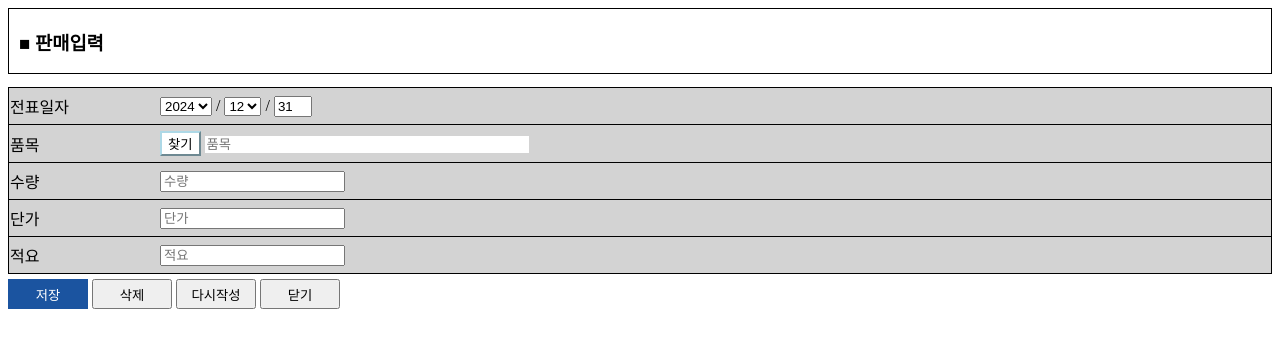
Repository: yoosb0328/js-project
Page: sale-input-popup.html
The author's editor kept a copy of each file at every save. The page is drawn from the files as they stood at one save, then again after the next save.
The browser window is 1280 px wide. The pictures show the whole page.

Above is the page before, as saved 2024-08-05 23:06:36.

### sale-input-popup.html
<!DOCTYPE html>
<html lang="en">
<head>
    <meta charset="UTF-8">
    <meta name="viewport" content="width=device-width, initial-scale=1.0">
    <title>판매 입력</title>
</head>
<link rel="stylesheet" href="./css/input.css">
<body>
    <div class="title">
        <h3 style="margin-left: 10px;"> &#x25A0; 판매입력</h3>
    </div>
    <div class="content">
        <div class="search-tab">
            <table class="search-table">
                <tr>
                   <td>
                        <div class="table-div">
                            <span class="name-tag">전표일자</span>
                            <div class="search-box">
                                <select id="year-select">
                                    <option value="2024">2024</option>
                                    <option value="2023">2023</option>
                                    <option value="2022">2022</option>
                                    <option value="2021">2021</option>
                                </select>
                                /
                                <select id="month-select">
                                    <option value="12">12</option>
                                    <option value="11">11</option>
                                    <option value="10">10</option>
                                    <option value="9">9</option>
                                    <option value="8">8</option>
                                    <option value="7">7</option>
                                    <option value="6">6</option>
                                    <option value="5">5</option>
                                    <option value="4">4</option>
                                    <option value="3">3</option>
                                    <option value="2">2</option>
                                    <option value="1">1</option>
                                </select>
                                /
                                <input class="date-input" type="number" placeholder="일자" value="31" max="31">
                        </div>
                   </td>
                </tr>
                <tr>
                    <td>
                        <div class="table-div">
                            <span class="name-tag">품목</span>
                            <form class="search-box">
                                <button id="open-popup-btn" class="category-btn" type="submit">찾기</button>
                                <input class="category-txt" type="text" readonly placeholder="품목">
                            </form>
                        </div>
                    </td>
                </tr>
                <tr>
                    <td>
                        <div class="table-div">
                            <span class="name-tag">수량</span>
                            <form class="search-box">
                                <input class="quantity" type="number" placeholder="수량">
                            </form>
                        </div>
                    </td>
                </tr>
                <tr>
                    <td>
                        <div class="table-div">
                            <span class="name-tag">단가</span>
                            <form class="search-box">
                                <input class="price" type="number" placeholder="단가">
                            </form>
                        </div>
                    </td>
                </tr>
                <tr>
                    <td>
                        <div class="table-div">
                            <span class="name-tag">적요</span>
                            <div class="search-box">
                                <input class="description" type="text" placeholder="적요">
                            </div>
                        </div>
                    </td>
                </tr>
            </table>
            <div class="button-tab search-content" style="margin-top: 5px; margin-bottom: 5px;">
                <button id="save-btn" data-type="sale" data-mode="" class="color-button">저장</button>
                <button class="non-color-button">삭제</button>
                <button id="rewrite-btn" data-type="sale" class="non-color-button">다시작성</button>
                <button id="close-popup-btn" class="non-color-button">닫기</button>
            </div>
        </div>
    </div>
    <script type="module" src="./js/script/loadData.js"></script>
    <script type="module" src="./js/script/queryParam.js"></script>
    <script type="module" src="./js/component/popup.js"></script>
    <script type="module" src="./js/component/button.js"></script>
    <script type="module" src="./js/script/common.js"></script>
</body>
</html>

### css/input.css
.title {
    border: 1px solid black;
}
.search-tab {
    margin-top: 1%;
    margin-bottom: 1%;
    border-collapse: collapse;

}
.search-table {
    width: 100%;
    background-color: lightgray;
    border-collapse: collapse;
}
.search-table tr {
    background-color: lightgray;
    width: auto;
    border: 1px solid black;
}
.search-table .table-div {
    display: flex;
    align-items: center;
    margin-top: 5px;
    margin-bottom: 5px;
}
.table-div span {
    width: 120px;
}
.table-div .search-box {
    margin-left: 30px;
}
.date-input {
    width: 30px;
}
.button-tab {
    background-color: white;
}
.color-button {
    background-color: rgb(27, 84, 160);
    border: 0px;
    color: white;
    width: 80px;
    height: 30px;

}
.non-color-button {
    width: 80px;
    height: 30px;
}
.category-btn {
    background-color: white;
    border-color: lightblue;
}
.category-txt {
    border: none;
    width: 320px;
}
.memo-txt {
    border: none;
    width: 345px;
}

### js/script/loadData.js
import { CategoryRender } from "../data/Category.js";
import { DataStore } from "../data/DataStore.js";
// 페이지 로드 시 데이터 요청
window.addEventListener("load", requestData);

// 부모 창에 데이터 요청을 보냄
function requestData() {
    // window.opener.postMessage("requestCategories", "*");
    const dataStore = DataStore.getInstance();
    dataStore.loadFromLocalStorage();
    console.log(dataStore.categories);

    const categoryRender = new CategoryRender(dataStore.categories);
    categoryRender.render();
    // window.opener.postMessage({ type: "requestCategories", data: "" }, "*");
}

// // 부모 창에서 보낸 메시지를 수신하여 렌더링
// window.addEventListener("message", (event) => {
//     // 보안 검증
//     if (event.origin !== "http://127.0.0.1:5500") {
//         console.error("허용되지 않은 출처", event.origin);
//         return;
//     }

//     if (event.data.type === "categories") {
//         //카테고리 데이터 전송.
//         const categories = event.data.data;
//         //팝업에서 팝업을 호출하는 경우가 있으므로 메모리에 저장 필요
//         DataStore.getInstance().categories = categories;
//         const categoryRender = new CategoryRender(categories);
//         categoryRender.render();
//     }
// });

### js/script/queryParam.js
getQueryParams();

function getQueryParams() {
    const params = new URLSearchParams(window.location.search);
    const type = params.get("type");

    switch (type) {
        case "categoryModify":
            const code = params.get("code");
            const name = params.get("name");
            console.log(code, name);
            const codeInput = document.querySelector(".category-txt");
            if (codeInput) {
                codeInput.readOnly = true;
                codeInput.value = code;
                codeInput.setAttribute("data-mode", "modify");
            }
            const nameInput = document.querySelector(".category-name-txt");
            console.log(nameInput);
            if (nameInput) {
                nameInput.value = name;
            }
            break;
        case "saleModify":
            const dateNumber = params.get("dateNumber");
            const [year, month, day] = dateNumber.split("-"); // dateNumber를 파싱
            const monthWithoutZero = parseInt(month, 10); // 문자열을 숫자로 변환하여 앞의 0 제거
            const categoryCode = params.get("categoryCode");
            const categoryName = params.get("categoryName");
            const quantity = params.get("quantity");
            const price = params.get("price");
            const description = params.get("description");

            const yearSelect = document.getElementById("year-select");
            if (yearSelect) {
                yearSelect.value = year;
            }
            const monthSelect = document.getElementById("month-select");
            alert(month);
            if (monthSelect) {
                monthSelect.value = monthWithoutZero;
            }
            const dateInput = document.querySelector(".date-input");
            if (dateInput) {
                dateInput.readOnly = true;
                dateInput.value = day;
                dateInput.setAttribute("data-mode", "modify");
            }
            const categoryCodeInput = document.querySelector(".category-txt");
            if (categoryCodeInput) {
                categoryCodeInput.readOnly = true;
                categoryCodeInput.value = categoryCode;
            }

            const quantityInput = document.querySelector(".quantity");
            if (quantityInput) {
                quantityInput.value = quantity;
            }
            const priceInput = document.querySelector(".price");
            if (priceInput) {
                priceInput.value = price;
            }
            const descriptionInput = document.querySelector(".description");
            if (descriptionInput) {
                descriptionInput.value = description;
            }
            break;
        default:
            break;
    }

    // return {
    //     code: params.get("code"),
    //     name: params.get("name"),
    //     // 기타 데이터 추출
    // };
}

### js/component/popup.js
import { DataStore } from "../data/DataStore.js";
import { renderAppliedCategory } from "../data/Category.js";
/*팝업 오픈 시 데이터 전송*/

// 부모 창에서 메시지를 수신하고, 팝업으로 데이터를 전송
window.addEventListener("message", (event) => {
    // 보안 검증
    if (event.origin !== "http://127.0.0.1:5500") {
        console.error("허용되지 않은 출처", event.origin);
        return;
    }
    // if (event.data === "requestCategories") {
    //     const data = DataStore.getInstance().categories;
    //     event.source.postMessage({ type: "categories", data: data }, event.origin);
    // }
    switch (event.data.type) {
        case "requestCategories": //카테고리 정보를 부모창에서 자식 팝업으로 전송.
            const data = DataStore.getInstance().categories;
            event.source.postMessage({ type: "categories", data: data }, event.origin);
            break;
        case "checkBoxApplyItems":
            alert("popup.js : checkBoxApplyItems");
            renderAppliedCategory(event.data.data);
            break;
        default:
            console.log("no case for popup action");
    }
});

### js/script/common.js
function refresh() {
    location.reload();
}

// 전역 객체에 함수 등록
window.refresh = refresh;

### js/data/Category.js
export class Category {
    constructor(code, name) {
        this.code = code;
        this.name = name;
    }

    //Getter
    getCode() {
        return this.code;
    }
    getName() {
        return this.name;
    }
}

export class CategoryRender {
    constructor(categories) {
        this.categories = categories;
        this.currentPage = 1;
        this.itemsPerPage = 10;

        this.initEventListeners();
    }

    initEventListeners() {
        const prevButton = document.querySelector("#category-prev-button");
        const nextButton = document.querySelector("#category-next-button");

        if (prevButton) prevButton.addEventListener("click", this.goToPrevPage.bind(this));
        if (nextButton) nextButton.addEventListener("click", this.goToNextPage.bind(this));
    }

    render() {
        const startIndex = (this.currentPage - 1) * this.itemsPerPage; //처음에는 0에서 시작.
        const endIndex = startIndex + this.itemsPerPage; //처음에는 10
        const currentCategories = this.categories.slice(startIndex, endIndex); //0~9까지 slice하게 됨.
        const tbody = document.getElementById("common-tbody");

        if (tbody) tbody.innerHTML = "";

        currentCategories.forEach((category) => {
            const row = document.createElement("tr");
            row.innerHTML = `
                <td class="center-align-cell"><input class="row-checkbox" type="checkbox"></td>
                <td class="center-align-cell category-code">${category.code}</td>
                <td class="left-align-cell category-name">${category.name}</td>
                <a href="#" onclick="openCategoryPopup('${encodeURIComponent(category.code)}',
                '${encodeURIComponent(category.name)}'); return false;">
                수정
                </a>
            `;
            if (tbody) tbody.appendChild(row);
        });

        // 버튼 활성화 상태 업데이트
        this.updateButtons();
    } //render()

    updateButtons() {
        const prevButton = document.querySelector("#category-prev-button");
        const nextButton = document.querySelector("#category-next-button");

        if (prevButton) prevButton.disabled = this.currentPage === 1;
        if (nextButton)
            nextButton.disabled =
                this.currentPage === Math.ceil(this.categories.length / this.itemsPerPage);
    } //updateButtons()

    setPage(page) {
        this.currentPage = page;
        this.render();
    } //setPage()

    goToPrevPage() {
        if (this.currentPage > 1) {
            this.setPage(this.currentPage - 1);
        }
    }

    goToNextPage() {
        if (this.currentPage < Math.ceil(this.categories.length / this.itemsPerPage)) {
            this.setPage(this.currentPage + 1);
        }
    }
} //CategoryRender()

export function renderAppliedCategory(categories) {
    // 렌더링할 input 태그 선택
    const categoryInput = document.getElementById("category-search-input");
    if (categoryInput) {
        categoryInput.value = "";
        // 배열의 요소를 문자열로 변환
        const categoryCodes = categories.map((category) => category.code).join(", ");
        categoryInput.value = categoryCodes;
    }
} // renderAppliedCategory

### js/data/DataStore.js
import { Category } from "./Category.js";
import { Sale } from "./Sale.js";

export class DataStore {
    constructor() {
        //DataStore 인스턴스가 있는 경우 그대로 반환 (싱글톤 목적)
        if (DataStore.instance) {
            return DataStore.instance;
        }
        /*
        sales : 날짜순으로 내림차순 정렬이 매번 필요하기 때문에 array 선택
                + sales 배열에 삽입 시, 중간이 아닌 맨 끝에 삽입하면 시간복잡도 단축.
        categories : Map에 key(code) , value(name) 으로 저장할 경우 품목명 검색이 어려우므로 배열 선택.
        */
        this.categories = [];
        this.sales = [];

        // 메모리 관리를 위해 인스턴스를 싱글톤으로 설정
        DataStore.instance = this;
    }

    //인스턴스 호출
    static getInstance() {
        if (!DataStore.instance) {
            DataStore.instance = new DataStore();
        }
        return DataStore.instance;
    }

    /*
    메모리 데이터 조작.
    */
    addCategory(code, name) {
        //코드가 같은 카테고리가 있는 지 중복 체크
        this.loadFromLocalStorage();
        const exist = this.categories.findIndex((cat) => code === cat.code);
        if (exist === -1) {
            this.categories.push(new Category(code, name));
            this.saveToLocalStorage();
            return true; //생성 완료
        } else return false;
    }

    addSale(sale) {
        //일자+번호가 같은 카테고리가 있는 지 중복 체크
        const exist = this.sales.findIndex((s) => s.dateNumber === sale.dateNumber);
        if (exist === -1) this.sales.push(sale);
    }
    //카테고리 명 수정.
    updateCategoryName(code, name) {
        this.loadFromLocalStorage();
        this.categories.forEach((cat) => {
            if (cat.code === code) {
                cat.name = name;
            }
        });
        console.log(this.categories);
        console.log(this.sales);
        //로컬 스토리지에 변경 사항 반영.
        this.saveToLocalStorage();
    }
    //카테고리명이 바뀌면 판매 정보 데이터도 수정.
    updateSalesByName(code, name) {
        this.sales.forEach((sale) => {
            if (sale.category.code === code) {
                sale.category.name = name;
            }
        });
    }

    //품목 검색
    searchCategories(code, name) {
        return this.categories.filter((category) => {
            // 모든 조건이 주어졌을 때
            if (code && name) {
                return category.code === code && category.name === name;
            }
            // code만 주어졌을 때
            if (code && !name) {
                return category.code === code;
            }
            // name만 주어졌을 때
            if (!code && name) {
                return category.name === name;
            }
            // 둘 다 주어지지 않은 경우 빈 배열 반환
            return false;
        });
    }

    //판매 검색
    searchSales(from, to, codes, description) {
        const startDate = new Date(from);
        const endDate = new Date(to);

        const result = this.sales.filter((sale) => {
            const saleDate = new Date(sale.date);
            const isWithinDateRange = saleDate >= startDate && saleDate <= endDate;
            //!description : codes.length가 0 인 경우 true
            const matchesCode = codes.length === 0 || codes.includes(sale.category.code);
            //!description : description이 null, undefined, "" 인 경우 true.
            const matchesDescription = !description || sale.description.includes(description);

            return isWithinDateRange && matchesCode && matchesDescription;
        });
        return result;
    } //searchSales()

    /*
    로컬 스토리지 데이터 조작
    */

    // JSON.stringify로 변환하여 로컬 스토리지에 저장
    saveToLocalStorage() {
        console.log("saveToLocal");
        const data = {
            categories: this.categories.map((category) => ({
                code: category.code,
                name: category.name,
            })),
            sales: this.sales.map((sale) => ({
                dateNumber: sale.dateNumber,
                date: sale.date,
                category: sale.category,
                quantity: sale.quantity,
                price: sale.price,
                description: sale.description,
            })),
        };
        localStorage.setItem("appData", JSON.stringify(data));
    }

    // 로컬 스토리지에서 데이터를 불러와 메모리에 할당
    loadFromLocalStorage() {
        console.log("loadFromLocal");
        const data = localStorage.getItem("appData");

        if (data) {
            const parsedData = JSON.parse(data);
            // 로컬 스토리지에서 가져온 데이터를 categories와 sales로 분리합니다.
            if (parsedData.categories) {
                this.categories = parsedData.categories.map(
                    (cat) => new Category(cat.code, cat.name)
                );
            }
            //sales에 저장해야 함.
            if (parsedData.sales) {
                console.log(parsedData.sales);
                this.sales = parsedData.sales.map((sale) => {
                    // 저장된 category 데이터에서 Category 객체를 찾아 복원
                    const category = this.categories.find((cat) => cat.code === sale.category.code);

                    // Sale 객체 생성
                    return new Sale(
                        sale.date,
                        category,
                        sale.quantity,
                        sale.price,
                        sale.description,
                        this
                    );
                });
            }
            this.sales.sort((a, b) => new Date(b.date) - new Date(a.date));
        }
        return data;
    } //loadFromLocalStorage()
}

### js/data/Sale.js
import { Category } from "./Category.js";
import { DataStore } from "./DataStore.js";

export class Sale {
    constructor(date, category, quantity, price, description) {
        this.dataStore = DataStore.getInstance(); // 싱글톤 인스턴스를 가져옴
        this.date = date;
        this.dateNumber = date + "-" + this.getNextNumber(date);
        this.category = category; // category 객체를 참조
        this.quantity = quantity;
        this.price = price;
        this.description = description;
    }

    getNextNumber(date) {
        //같은 날짜에 등록된 전표 체크.
        const sameDateSales = this.dataStore.sales.filter((sale) => sale.date === date);
        return sameDateSales.length + 1;
    }

    //toJSON overriding
    toJSON() {
        return {
            dateNumber: this.dateNumber,
            date: this.date,
            category: {
                code: this.category.code,
                name: this.category.name,
            },
            quantity: this.quantity,
            price: this.price,
            description: this.description,
        };
    }
}

export class SaleRender {
    constructor(sales) {
        this.sales = sales;
        this.currentPage = 1;
        this.itemsPerPage = 10;

        this.initEventListeners();
    }

    initEventListeners() {
        const prevButton = document.querySelector("#sales-prev-button");
        const nextButton = document.querySelector("#sales-next-button");

        prevButton.addEventListener("click", this.goToPrevPage.bind(this));
        nextButton.addEventListener("click", this.goToNextPage.bind(this));
    }

    render() {
        console.log("render");
        const startIndex = (this.currentPage - 1) * this.itemsPerPage; //처음에는 0에서 시작.
        const endIndex = startIndex + this.itemsPerPage; //처음에는 10
        const currentSales = this.sales.slice(startIndex, endIndex); //0~9까지 slice하게 됨.

        const tbody = document.getElementById("common-tbody");

        tbody.innerHTML = "";

        currentSales.forEach((sale) => {
            const row = document.createElement("tr");
            // <td class="center-align-cell date-num">${sale.dateNumber}</td>

            row.innerHTML = `
                <td class="center-align-cell"><input class="row-checkbox" type="checkbox"></td>
                <td class="left-align-cell">
                <a href="#" onclick="openSalePopup(
                        '${encodeURIComponent(sale.dateNumber)}',
                        '${encodeURIComponent(sale.category.code)}',
                        '${encodeURIComponent(sale.category.name)}',
                        '${encodeURIComponent(sale.quantity)}',
                        '${encodeURIComponent(sale.price)}',
                        '${encodeURIComponent(sale.description)}'
                        ); return false;">
                        ${sale.dateNumber}
                    </a>
                </td>
                <td class="left-align-cell">${sale.category.code}</td>
                <td class="left-align-cell">${sale.category.name}</td>
                <td class="right-align-cell">${sale.quantity}</td>
                <td class="right-align-cell">${sale.price}</td>
                <td class="left-align-cell">${sale.description}</td>
            `;
            tbody.appendChild(row);
        });

        // 버튼 활성화 상태 업데이트
        this.updateButtons();
    } //render();

    updateButtons() {
        const prevButton = document.querySelector("#sales-prev-button");
        const nextButton = document.querySelector("#sales-next-button");

        prevButton.disabled = this.currentPage === 1;
        nextButton.disabled = this.currentPage === Math.ceil(this.sales.length / this.itemsPerPage);
    }

    setPage(page) {
        this.currentPage = page;
        this.render();
    }

    goToPrevPage() {
        if (this.currentPage > 1) {
            this.setPage(this.currentPage - 1);
        }
    }

    goToNextPage() {
        if (this.currentPage < Math.ceil(this.sales.length / this.itemsPerPage)) {
            this.setPage(this.currentPage + 1);
        }
    }
}

Loaded but not shown: js/component/button.js (217 lines, source omitted)

After the next save:
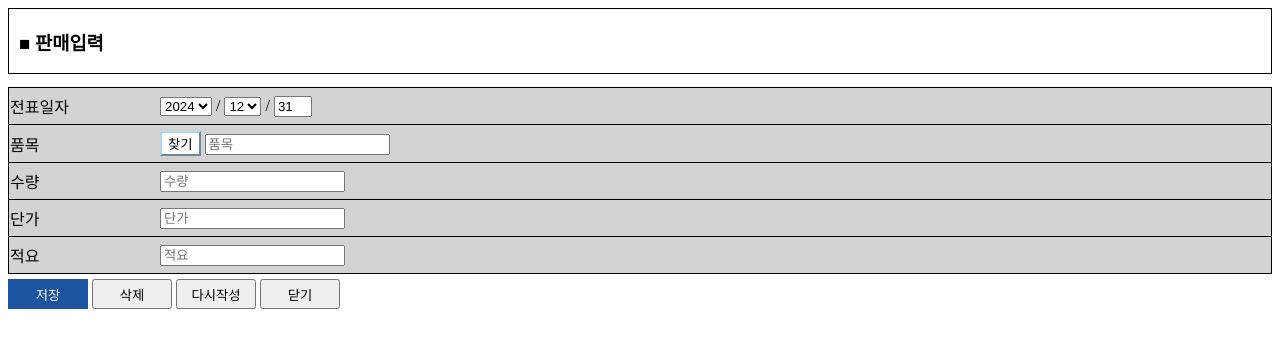
Saved 87 s later.
--- a/sale-input-popup.html
+++ b/sale-input-popup.html
@@ -50,7 +50,7 @@
                             <span class="name-tag">품목</span>
                             <form class="search-box">
                                 <button id="open-popup-btn" class="category-btn" type="submit">찾기</button>
-                                <input class="category-txt" type="text" readonly placeholder="품목">
+                                <input class="category-search-input" type="text" readonly placeholder="품목">
                             </form>
                         </div>
                     </td>
